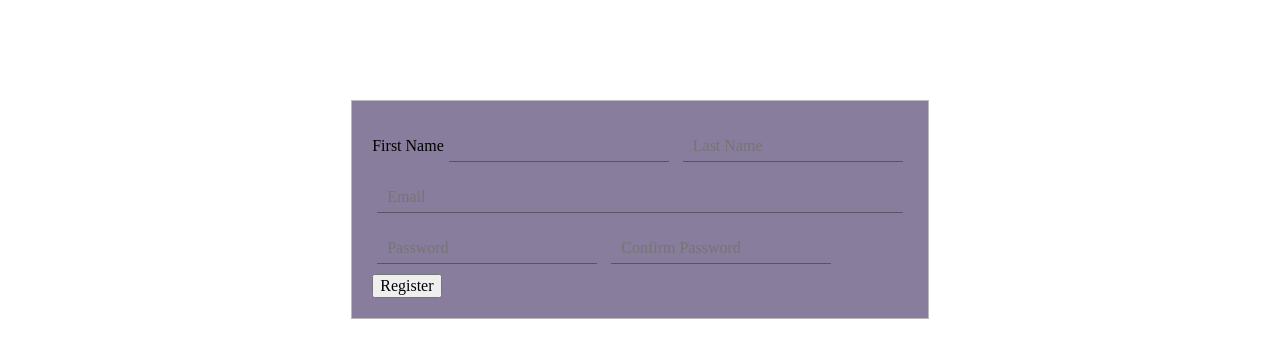
Repository: AMAmine89/vanilla-projects
Page: formo/index.html
The author's editor kept a copy of each file at every save. The page is drawn from the files as they stood at one save, then again after the next save.
The browser window is 1280 px wide. The pictures show the whole page.

Above is the page before, as saved 2021-05-05 06:46:39.

After the next save:
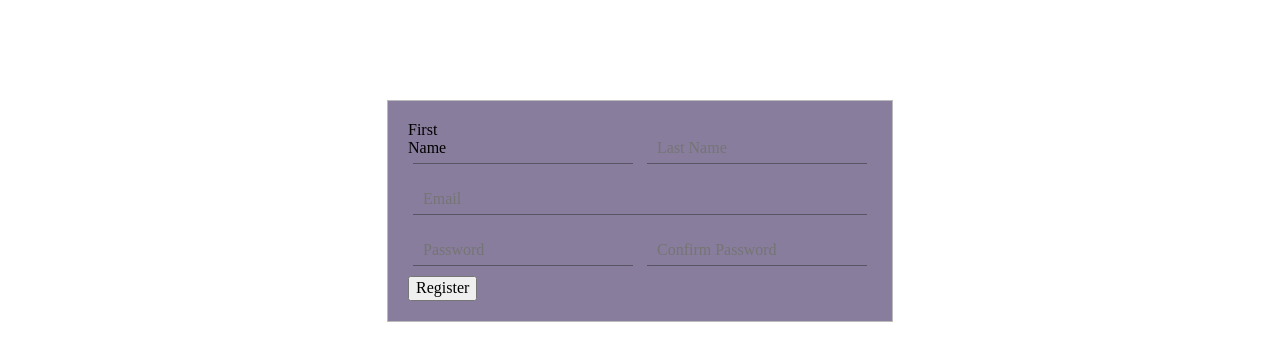
Saved 12 s later.
--- a/formo/style.css
+++ b/formo/style.css
@@ -56,6 +56,7 @@ input:not(input[type="submit"]):focus::after {
     cursor: text;
     display: inline-block;
     top: 20px;
+    width: 0;
 }
 
 input[name="first-name"]:focus::before {
